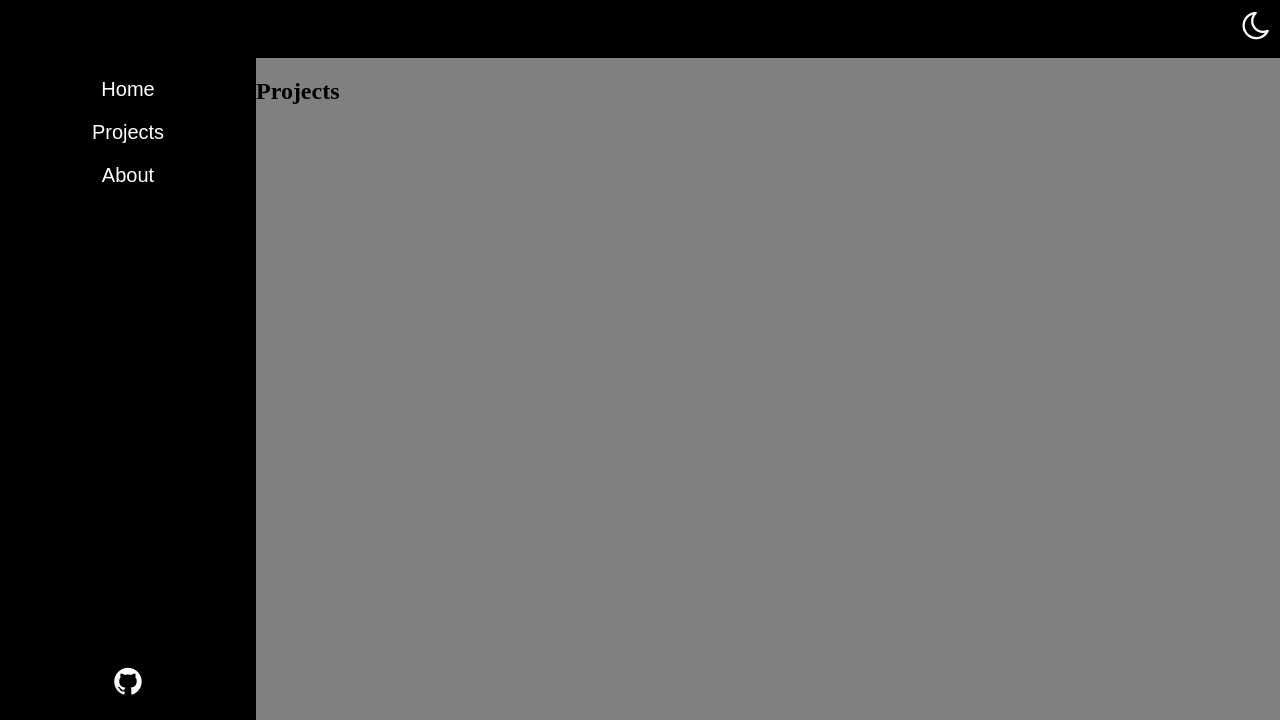
Repository: josephinel6/josephinel6.github.io
Page: index.html
These files come from the project's save history. The page is drawn as it stood at one moment and after the next save; the edit follows.
The browser window is 1280 px wide. The pictures show the whole page.

Above is the page before, as saved 2023-04-05 08:11:36.

After the next save:
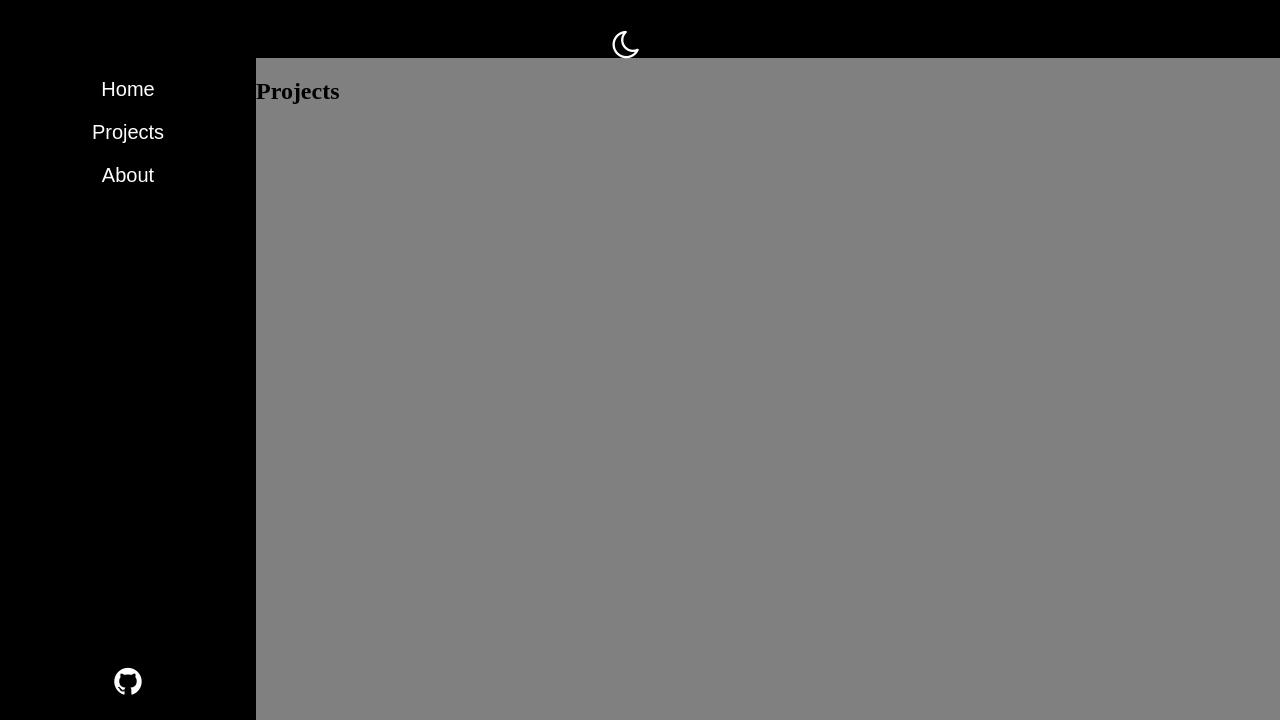
Saved 9 s later.
--- a/index.html
+++ b/index.html
@@ -93,8 +93,8 @@
         #day-night {
             color: white;
             z-index: 2;
-            top: 10px;
-            right: 10px;
+            top: 50%;
+            right: 50%;
             position: absolute;
         }
     </style>
